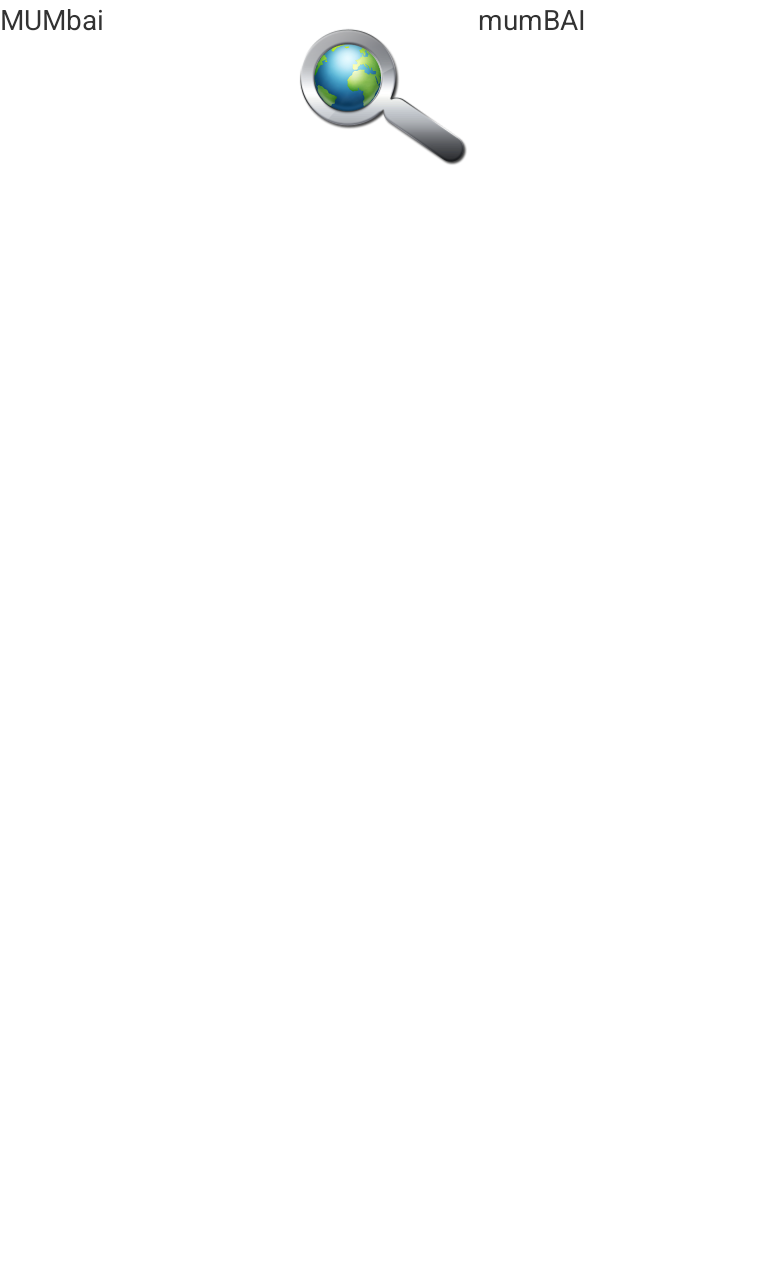
Repository: sandeshshetty/TravelZeus
Layout: TravelZeus/res/layout/fragment_breif_info.xml
An editor plug-in stored every save of this project. The layout is shown before and after the next save, followed by the edit.
It is drawn on a 768 x 1280 px phone screen (xhdpi) without system bars, with theme AppTheme; the app's code is not run.

Above is the layout before, as saved 2015-05-16 13:48:06.

### TravelZeus/res/layout/fragment_breif_info.xml
<?xml version="1.0" encoding="utf-8"?>
<LinearLayout xmlns:android="http://schemas.android.com/apk/res/android"
    android:layout_width="match_parent"
    android:layout_height="match_parent"
    android:orientation="vertical" >

    <LinearLayout
        android:layout_width="match_parent"
        android:layout_height="wrap_content"
        android:gravity="center"
        android:orientation="horizontal" >

        <TextView
            android:id="@+id/briefFrom"
            android:layout_width="wrap_content"
            android:layout_height="match_parent"
            android:layout_gravity="center_vertical|center_horizontal"
            android:layout_weight="0.50"
            android:text="MUMbai" />

        <ImageView
            android:id="@+id/briefMode"
            android:layout_width="wrap_content"
            android:layout_height="match_parent"
            android:layout_gravity="center"
            android:src="@drawable/ic_launcher" />

        <TextView
            android:id="@+id/briefTo"
            android:layout_width="wrap_content"
            android:layout_height="match_parent"
            android:layout_weight="0.50"
            android:text="mumBAI"
            android:textSize="14sp" />

    </LinearLayout>

</LinearLayout>

### TravelZeus/res/values/integers.xml
<?xml version="1.0" encoding="utf-8"?>
<resources>
    <integer name="brief_length">15</integer>
</resources>

Loaded but not shown: TravelZeus/res/values/styles.xml (common file); TravelZeus/res/values-v11/styles.xml (common file); TravelZeus/res/values-v14/styles.xml (common file)

After the next save:
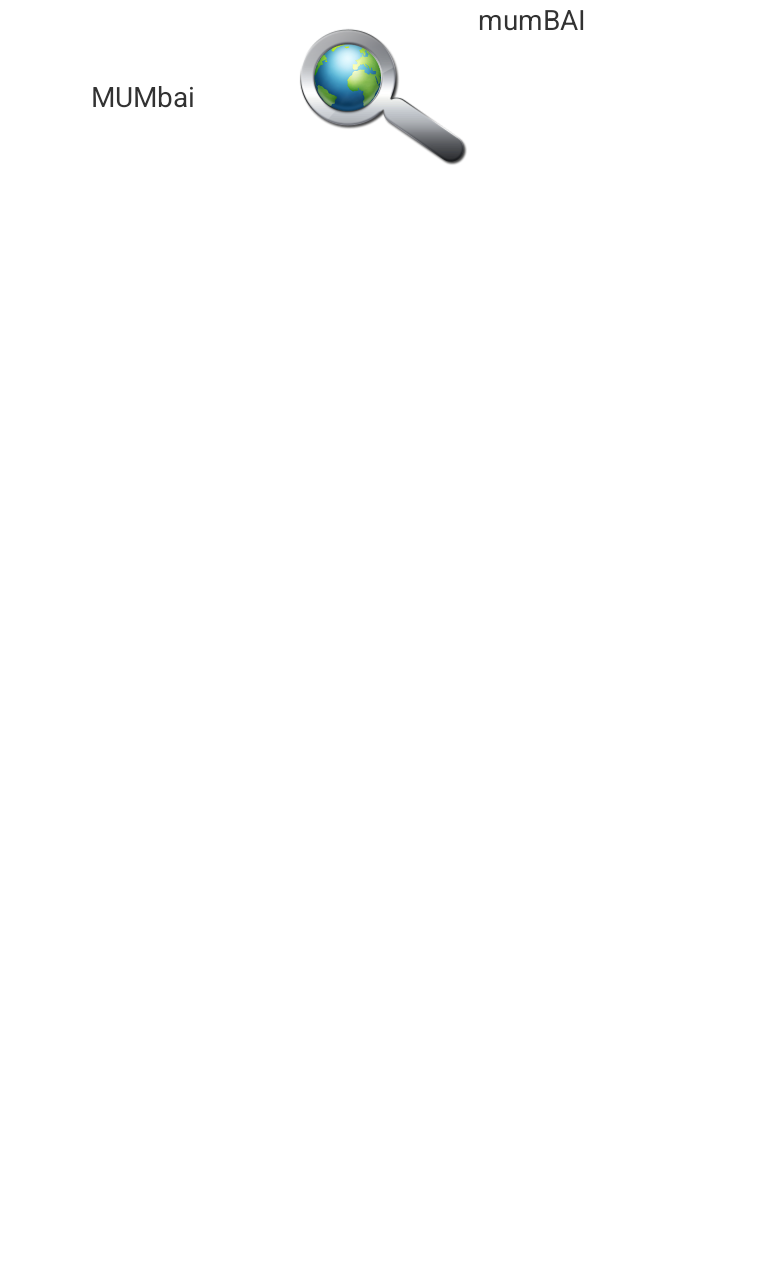
Saved 3 min 50 s later.
--- a/TravelZeus/res/layout/fragment_breif_info.xml
+++ b/TravelZeus/res/layout/fragment_breif_info.xml
@@ -14,7 +14,7 @@
             android:id="@+id/briefFrom"
             android:layout_width="wrap_content"
             android:layout_height="match_parent"
-            android:layout_gravity="center_vertical|center_horizontal"
+            android:gravity="center"
             android:layout_weight="0.50"
             android:text="MUMbai" />
 
@@ -30,6 +30,7 @@
             android:layout_width="wrap_content"
             android:layout_height="match_parent"
             android:layout_weight="0.50"
+            android:maxLength="@integer/brief_length"
             android:text="mumBAI"
             android:textSize="14sp" />
 
